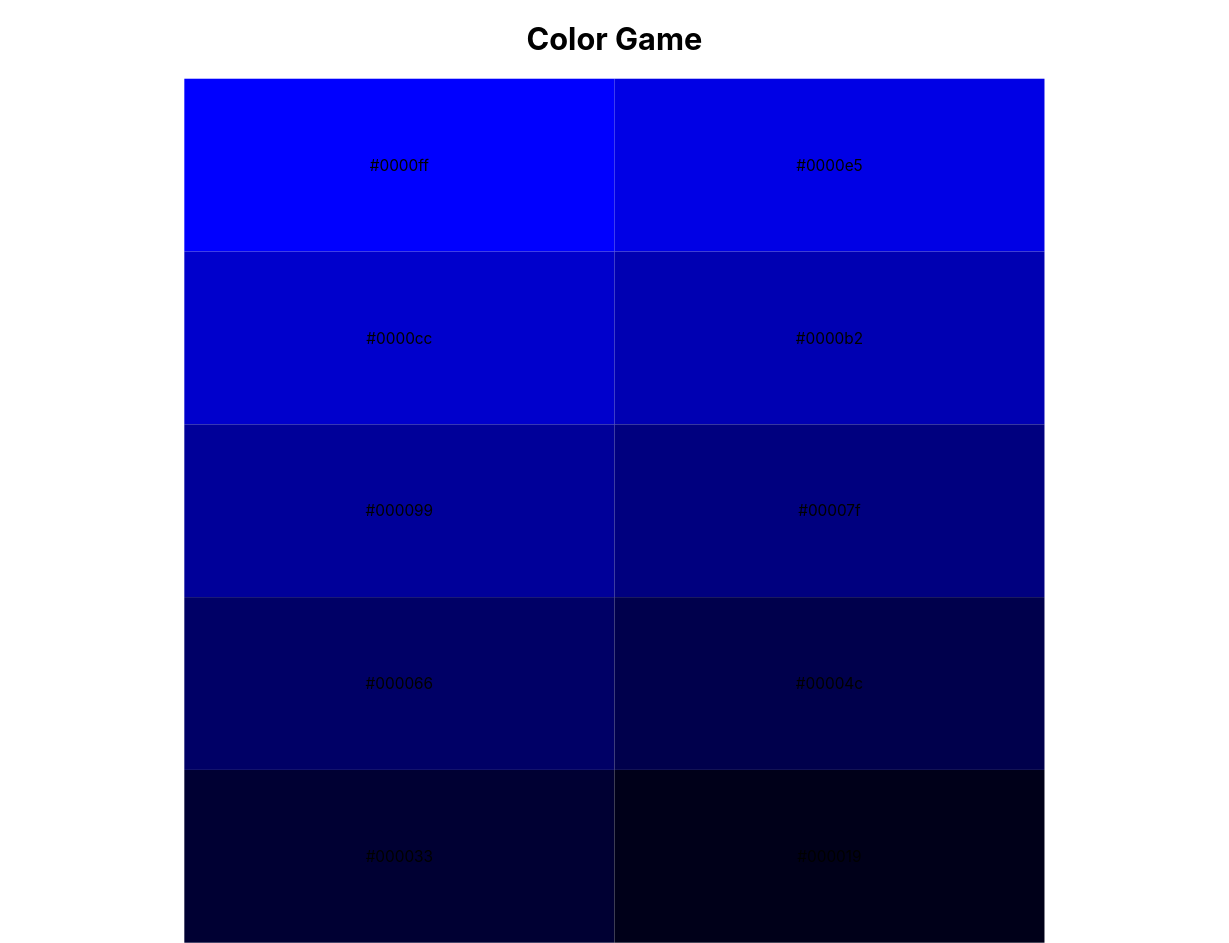
Repository: johnmutina/shades_of_blue
Page: /
The author's editor kept a copy of each file at every save. The page is drawn from the files as they stood at one save, then again after the next save.
The browser window is 1280 px wide. The pictures show the whole page, at 96% of full size.
The project was rebuilt for these pictures with package versions that can differ from the ones it lists, and the page was loaded fresh each time.

Above is the page before, as saved 2019-06-22 15:06:42.

### src/App.js
import React from 'react';
import ColorBoxes from './ColorBoxes';
import './App.css';

function App() {
  return (
    <div className="App">
      <ColorBoxes />
    </div>
  );
}

export default App;

### src/ColorBoxes.js
import React, { Component } from 'react';
import ColorBox from './ColorBox';

class ColorBoxes extends Component {
    constructor(props){
        super(props);
        this.state = {

        }
        this.handleClick = this.handleClick.bind(this);
    }

    handleClick() {
        console.log("test");
    }

    render(){
        let colorArr = ["#0000ff",
        "#0000e5",
        "#0000cc",
        "#0000b2",
        "#000099",
        "#00007f",
        "#000066",
        "#00004c",
        "#000033",
        "#000019",]
        // ['#FF6633', '#FFB399', '#FF33FF', '#FFFF99', '#00B3E6', '#E6B333', '#3366E6', '#999966', '#99FF99', '#B34D4D', '#80B300', '#809900', '#E6B3B3', '#6680B3', '#66991A', '#FF99E6', '#CCFF1A', '#FF1A66', '#E6331A', '#33FFCC'];
        // let idx = Math.floor(Math.random() * colorArr.length);
        return (
            <div>
                <h1>Color Game</h1>
                {colorArr.map(el => <ColorBox color={el} allColors={colorArr}/>)}
            </div>
        )
    }
}

export default ColorBoxes;

### src/ColorBox.js
import React, { Component } from 'react';
import './ColorBox.css';

class ColorBox extends Component {
    constructor(props){
        super(props);
        this.state = {
            color: this.props.color
        }
        this.handleClick = this.handleClick.bind(this);
        this.changeColor = this.changeColor.bind(this);
    }

    changeColor() {
        let newColors = this.props.allColors.filter(val => val !== this.props.color)
        let idx = Math.floor(Math.random() * newColors.length);
        this.setState({ color: newColors[idx] });
    }

    handleClick() {
        this.changeColor();
    }

    render(){
        return (
            <div className="ColorBox" style={{backgroundColor: this.state.color}} onClick={this.handleClick}>{this.props.color}</div>
        )
    }
}

export default ColorBox;

### src/ColorBox.css
.ColorBox {
    display: inline-block;
    width: 35%;
    height: 100px;
    padding-top: 80px;
}

Loaded but not shown: public/index.html (common file); src/index.js (common file); src/index.css (common file); src/serviceWorker.js (common file); src/App.css (common file)

After the next save:
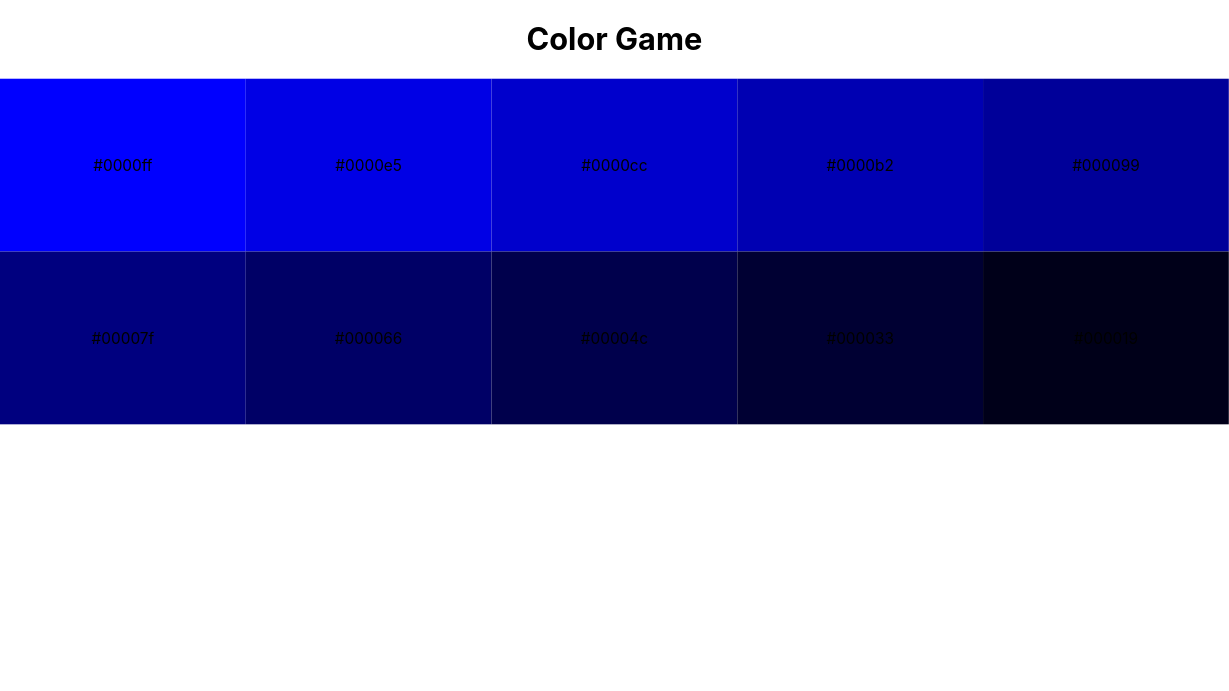
Saved 6 s later.
--- a/src/ColorBox.css
+++ b/src/ColorBox.css
@@ -1,6 +1,6 @@
 .ColorBox {
     display: inline-block;
-    width: 35%;
+    width: 20%;
     height: 100px;
     padding-top: 80px;
 }
